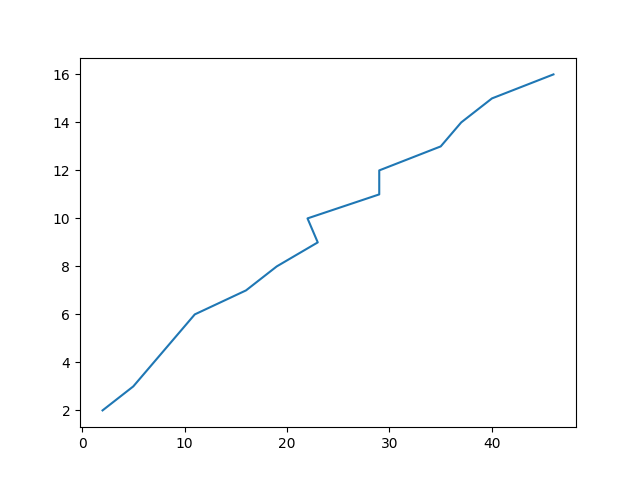
Repository: bachhm-dev/ml-basic
Script's output: python liner-regression/main.py
An editor plug-in stored every save of this project. The script's output is shown before and after the next save, followed by the edit.
Random numbers start from a fixed seed.

Above is the script's output before, as saved 2021-01-22 11:42:04.

After the next save:
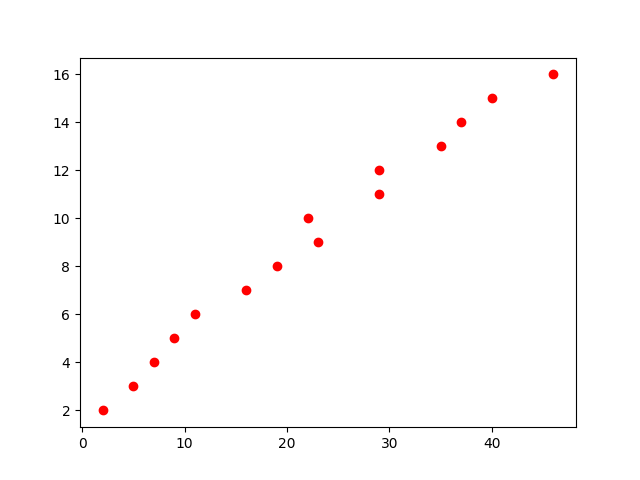
Saved 17 s later.
--- a/liner-regression/main.py
+++ b/liner-regression/main.py
@@ -6,5 +6,5 @@ import matplotlib.pyplot as plt
 A = [2,5,7,9,11,16,19,23,22,29,29,35,37,40,46]
 b = [2,3,4,5,6,7,8,9,10,11,12,13,14,15,16]
 
-plt.plot(A,b)
+plt.plot(A,b,'ro')
 plt.show()
